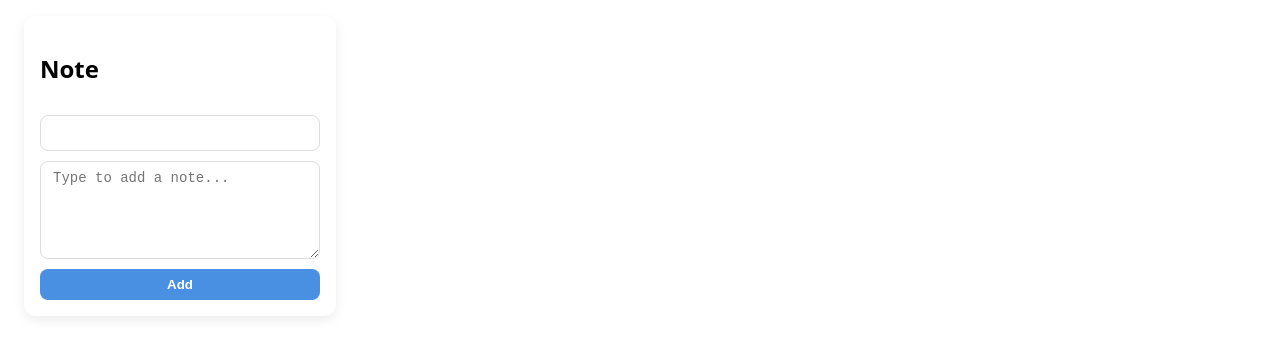
Repository: AJANI2005/Notes-App
Page: /
An editor plug-in stored every save of this project. The page is shown before and after the next save, followed by the edit.
The browser window is 1280 px wide. The pictures show the whole page.
The project was rebuilt for these pictures with package versions that can differ from the ones it lists, and the page was loaded fresh each time. Also part of the build but not shown: vite.config.ts.

Above is the page before, as saved 2025-07-31 15:38:41.

### src/index.css
:root {
  font-family: system-ui, Avenir, Helvetica, Arial, sans-serif;
  font-synthesis: none;
  text-rendering: optimizeLegibility;
  -webkit-font-smoothing: antialiased;
  -moz-osx-font-smoothing: grayscale;
}

### src/App.tsx
import { useState } from 'react';
import './App.css'


const Note = () => {
  const [text, setText] = useState('');
  const [title, setTitle] = useState('');

  return (
    <form className='note'>
      <h2 className='note-title'>Note</h2>
      <input
        value={title}
        onChange={(e) => setTitle(e.target.value)}
        type="text" className='note-name-input' />
      <textarea
        value={text}
        onChange={(e) => setText(e.target.value)}
        className='note-input'
        placeholder='Type to add a note...'></textarea>
      <button className='addBtn'>Add</button>
    </form>
  )
}

function App() {

  return (
    <>
      <Note />
    </>
  )
}

export default App

### src/App.css
/* Container Form */
.note {
  display: flex;
  flex-direction: column;
  gap: 10px;
  padding: 16px;
  width: 280px;
  background-color: #ffffff;
  border-radius: 12px;
  box-shadow: 0 4px 12px rgba(0, 0, 0, 0.08);
  transition: box-shadow 0.2s ease;
  margin: 16px;
}

.note:hover {
  box-shadow: 0 6px 16px rgba(0, 0, 0, 0.12);
}

/* Text input for note name */
.note-name-input {
  padding: 8px 12px;
  font-size: 16px;
  font-weight: 500;
  border: 1px solid #ddd;
  border-radius: 8px;
  outline: none;
  transition: border-color 0.2s;
}

.note-name-input:focus {
  border-color: #4a90e2;
}

/* Textarea for note content */
.note-input {
  min-height: 80px;
  resize: vertical;
  padding: 8px 12px;
  font-size: 14px;
  border: 1px solid #ddd;
  border-radius: 8px;
  outline: none;
  transition: border-color 0.2s;
}

.note-input:focus {
  border-color: #4a90e2;
}

/* Add Button */
.addBtn {
  background-color: #4a90e2;
  color: white;
  border: none;
  padding: 8px 12px;
  border-radius: 8px;
  font-weight: 600;
  cursor: pointer;
  transition: background-color 0.2s ease;
}

.addBtn:hover {
  background-color: #357abd;
}

Loaded but not shown: index.html (common file); src/main.tsx (common file)

After the next save:
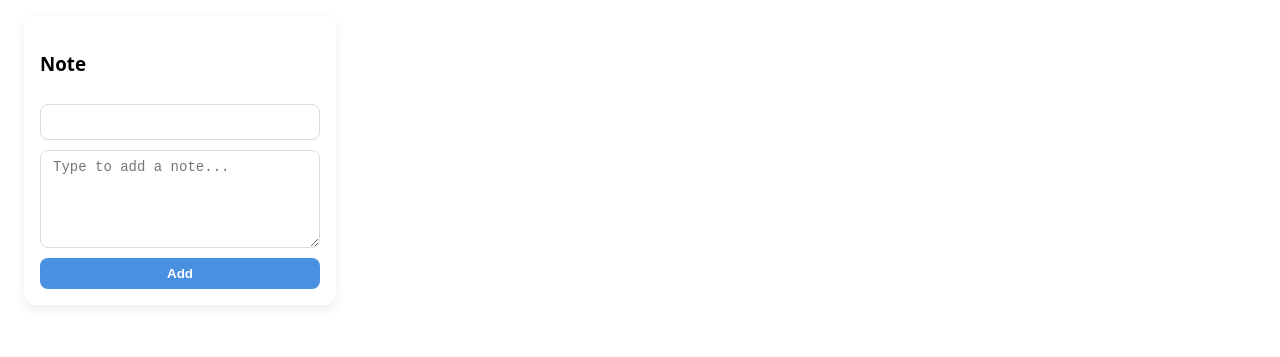
Saved 19 s later.
--- a/src/App.tsx
+++ b/src/App.tsx
@@ -8,7 +8,7 @@ const Note = () => {
 
   return (
     <form className='note'>
-      <h2 className='note-title'>Note</h2>
+      <h3 className='note-title'>Note</h3>
       <input
         value={title}
         onChange={(e) => setTitle(e.target.value)}
